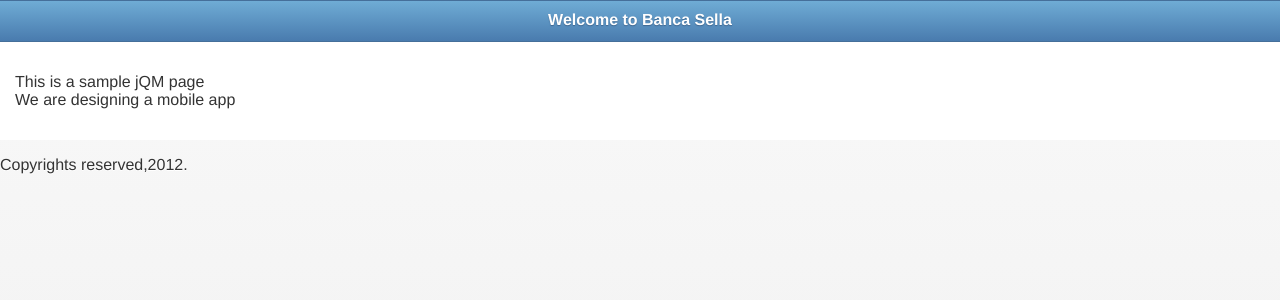
Repository: ravinforu/HTML5_CSS3_JS_Frameworks_Jul_2012-1
Page: jQM1/WebContent/index.html
These files come from the project's save history. The page is drawn as it stood at one moment and after the next save; the edit follows.
The browser window is 1280 px wide. The pictures show the whole page.

Above is the page before, as saved 2012-07-21 07:04:17.

### jQM1/WebContent/index.html
<!DOCTYPE html>
<html>
<head>
	<link rel="stylesheet" href="jquery.mobile-1.1.1.css">
	<script src="jquery-1.7.2.js"></script>
	<script src="jquery.mobile-1.1.1.js"></script>
</head>
<body>
	<div data-role="page">
		<div data-role="header" data-theme="b">
			<h3>Welcome to Banca Sella</h3>
		</div>
		<div data-role="content" data-theme="d">
			<p>
				This is a sample jQM page<br/>
				We are designing a mobile app
			</p>
		</div>
		<div data-role="footer" data-theme="g">
			<p>Copyrights reserved,2012.</p>
		</div>
	</div>
	<div data-role="page">Page II</div>
	<div data-role="page">Page III</div>
</body>
</html>

Loaded but not shown: jQM1/WebContent/jquery.mobile-1.1.1.css (library); jQM1/WebContent/jquery-1.7.2.js (library); jQM1/WebContent/jquery.mobile-1.1.1.js (library)

After the next save:
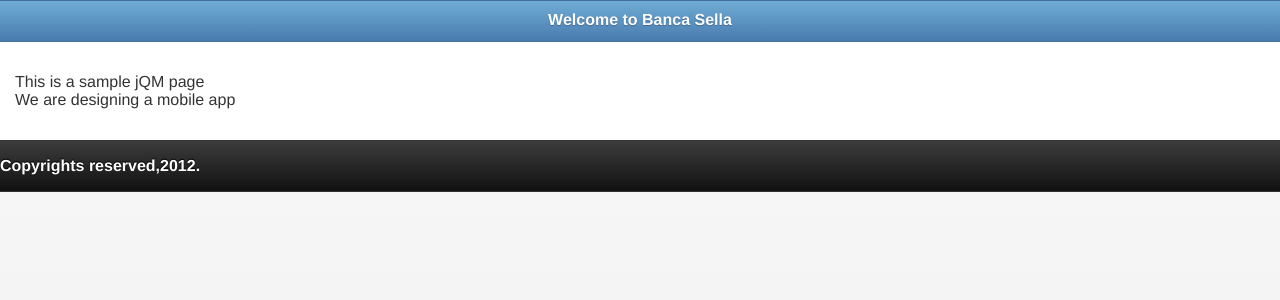
Saved 8 s later.
--- a/jQM1/WebContent/index.html
+++ b/jQM1/WebContent/index.html
@@ -16,7 +16,7 @@
 				We are designing a mobile app
 			</p>
 		</div>
-		<div data-role="footer" data-theme="g">
+		<div data-role="footer" data-theme="a">
 			<p>Copyrights reserved,2012.</p>
 		</div>
 	</div>
